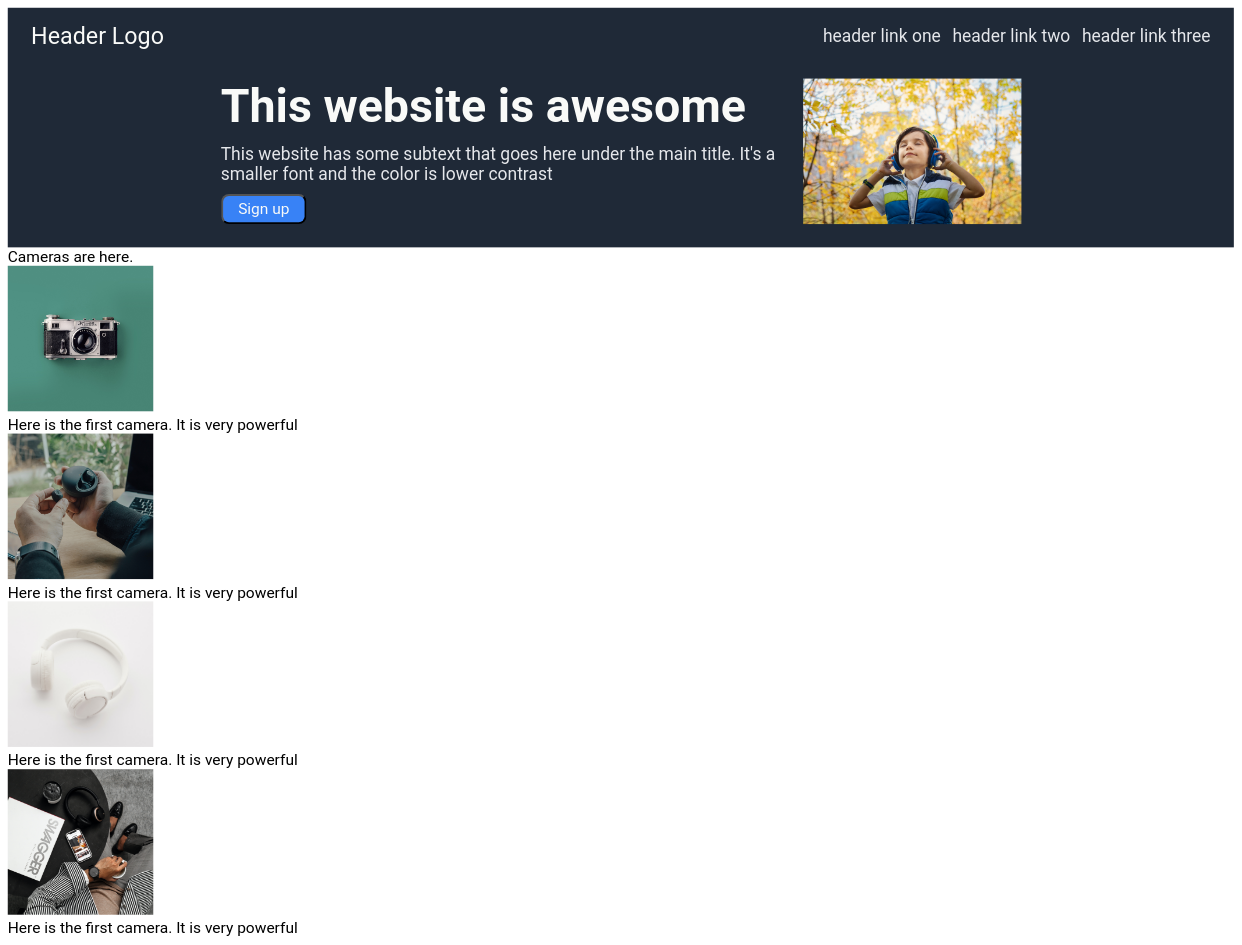
Repository: z1youRA/FirstWebsite
Page: index.html
These files come from the project's save history. The page is drawn as it stood at one moment and after the next save; the edit follows.
The browser window is 1280 px wide. The pictures show the whole page, at 97% of full size.

Above is the page before, as saved 2021-11-25 17:41:51.

### index.html
<!DOCTYPE html>
<html lang="en">
<head>
    <meta charset="UTF-8">
    <meta http-equiv="X-UA-Compatible" content="IE=edge">
    <meta name="viewport" content="width=device-width, initial-scale=1.0">
    <title>The Odin Project</title>
    <link rel="stylesheet" href="styles.css">
</head>
<body>
    <div class="hero">
        <div class="header">
            <div class="logo">Header Logo</div>
                <ul class="right-links">
                    <li><a href="google.com">header link one</a></li>
                    <li><a href="google.com">header link two</a></li>
                    <li><a href="google.com">header link three</a></li>
                </ul>
        </div>
        <div class="container">
            <div class="text">
                <div class="main">This website is awesome</div>
                <div class="secondary">This website has some subtext that goes here under the main title. It's a smaller font and the color is lower contrast</div>
                <button>Sign up</button>
            </div>
            <img src="images/hero.jpg">
        </div>
    </div>
    <div class="info">
        <div class="header">Cameras are here.</div>
        <div class="pics">
            <div class="camera">
                <img src="images/img1.jpg">
                <div>Here is the first camera. It is very powerful</div>
            </div>
            <div class="camera">
                <img src="images/img2.jpg">
                <div>Here is the first camera. It is very powerful</div>
            </div>
            <div class="camera">
                <img src="images/img3.jpg">
                <div>Here is the first camera. It is very powerful</div>
            </div>
            <div class="camera">
                <img src="images/img4.jpg">
                <div>Here is the first camera. It is very powerful</div>
            </div>

        </div>
    </div>

</body>
</html>

### styles.css
* {
    font-family:roboto, 'Gill Sans', 'Gill Sans MT', Calibri, 'Trebuchet MS', sans-serif;
}

.hero {
    background-color: #1f2937;
    display: flex;
    flex-direction: column;
}

.hero .header {
    display: flex;
    align-items: center;
    justify-content: space-between;
    padding: 0 24px 0;
    margin-bottom: 16px;
}

.container {
    display: flex;
    align-items: center;
    justify-content: center;
    margin-bottom: 24px;
}

button {
    background-color: #3882f6;
    color: #F9FAF8;
    border-radius: 8px;
    font-size: 16px;
    padding: 4px 16px;
    align-self: flex-start;
}

.text {
    display: flex;
    flex-direction: column;
    justify-content: space-between;
    height: 150px;
    max-width: 600px;
    flex-wrap: nowrap;
}

img {
    max-height: 150px;
}

.header .logo {
    font-size: 24px;
    color: #F9FAF8;
}

.header .right-links {
    font-size: 18px;
    color: #e5e7eb;
    display: flex;
    flex-direction: row;
    gap: 12px;
}

.hero .main {
    font-size: 48px;
    font-weight:bolder;
    color: #F9FAF8;
}

.hero .secondary {
    font-size: 18px;
    color: #e5e7eb;
}

ul {
    list-style-type: none;
}

.header a {
    text-decoration: none;
    color: #e5e7eb;
}

.device {
    text-align: center;
}

After the next save:
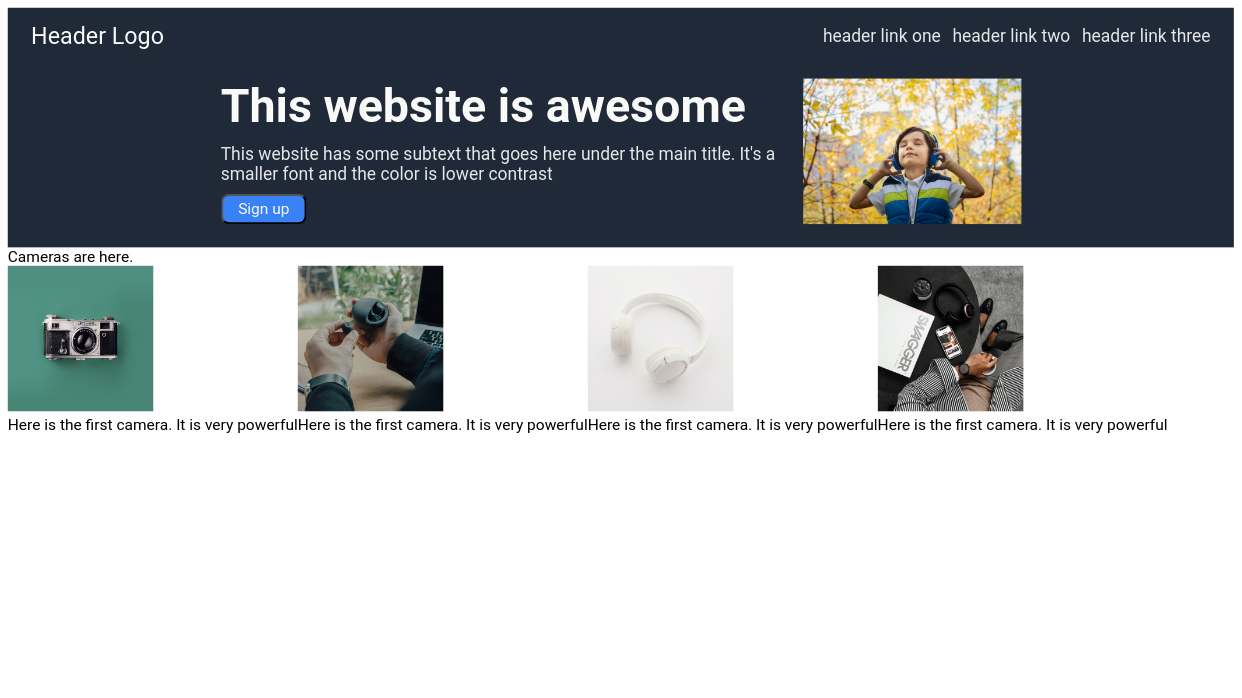
Saved 37 s later.
--- a/styles.css
+++ b/styles.css
@@ -81,3 +81,7 @@ ul {
 .device {
     text-align: center;
 }
+
+.info .pics {
+    display: flex;
+}
